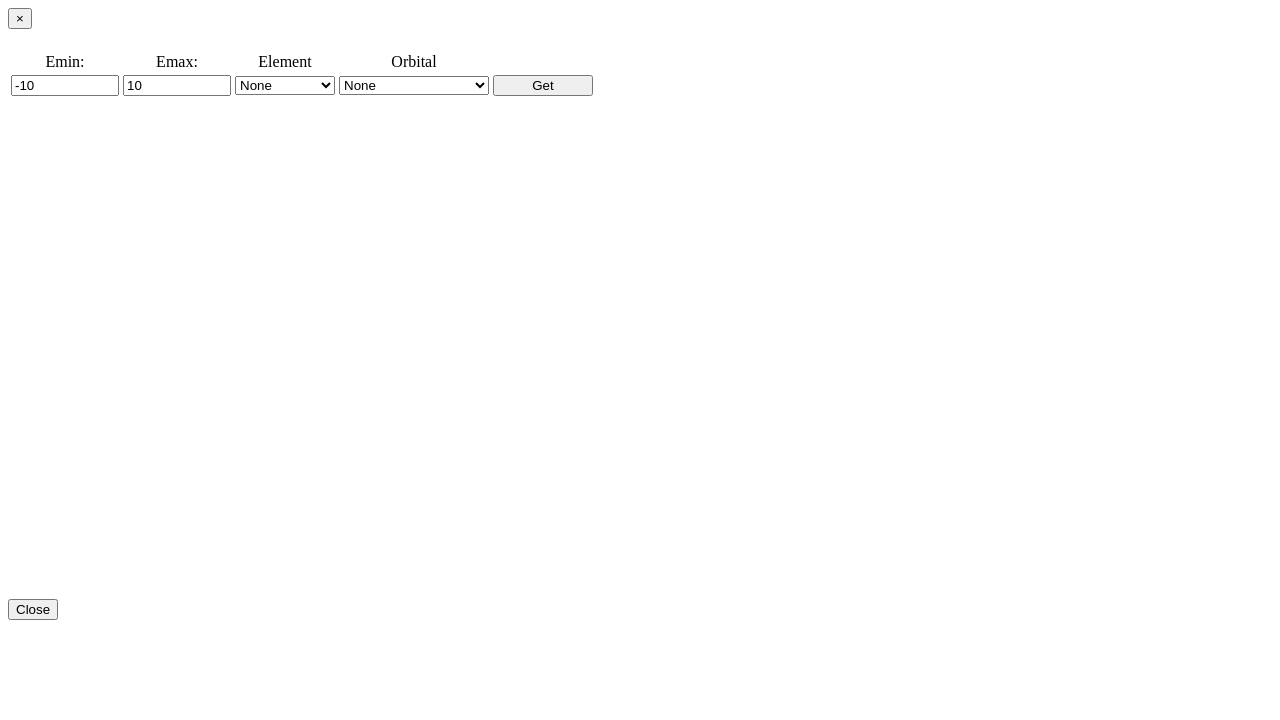
Repository: atowfiq/FESD_website-scripts
Page: http://localhost/fesdweb/DosChart.jsp
The author's editor kept a copy of each file at every save. The page is drawn from the files as they stood at one save, then again after the next save.
The browser window is 1280 px wide. The pictures show the whole page.
The page is served by Tomcat 9.

Above is the page before, as saved 2017-07-31 05:01:56.

After the next save:
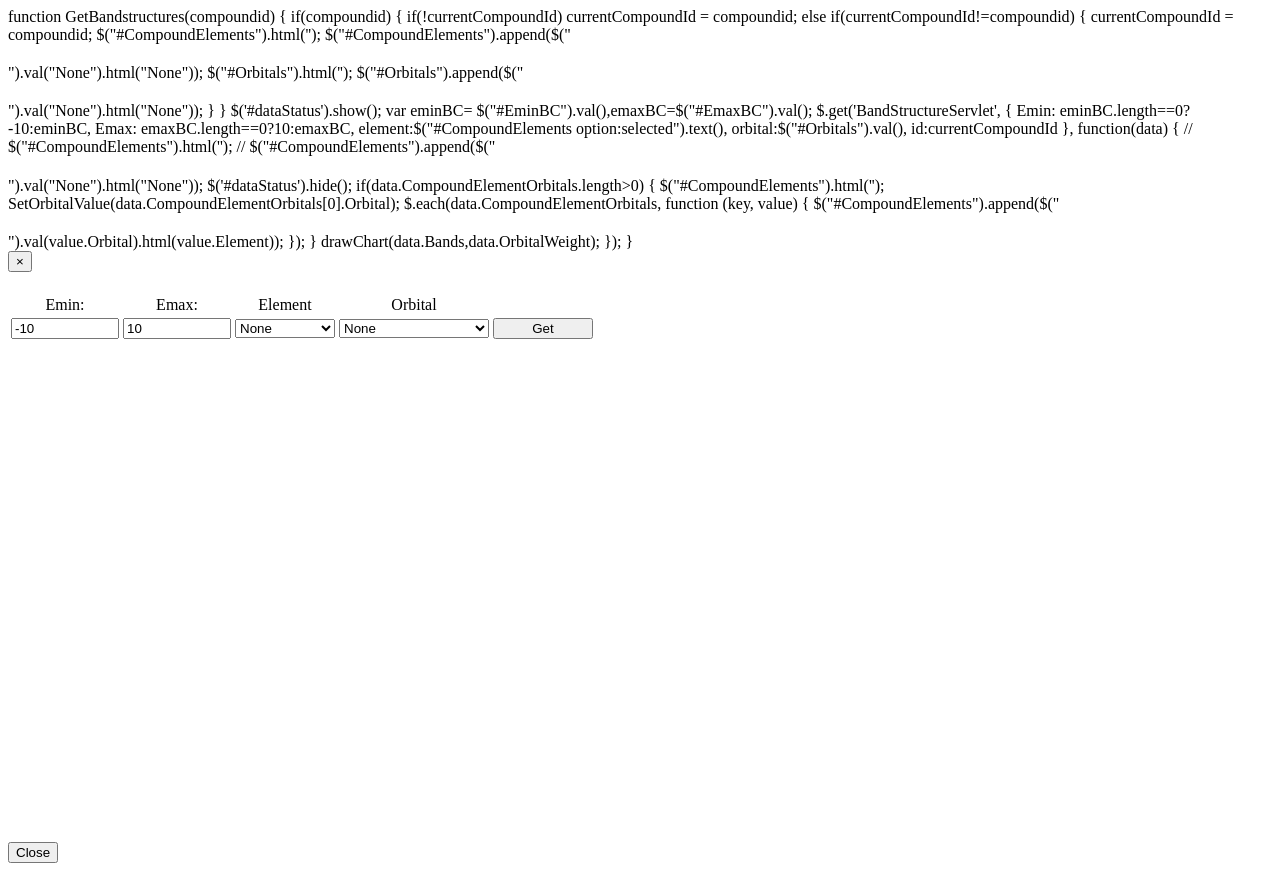
Saved 4 min 19 s later.
--- a/fesdweb/WebContent/DosChart.jsp
+++ b/fesdweb/WebContent/DosChart.jsp
@@ -5,6 +5,58 @@
 <head>
 <meta http-equiv="Content-Type" content="text/html; charset=ISO-8859-1">
 <title>Dos</title>
+
+
+     	function GetBandstructures(compoundid)
+      	{
+      		if(compoundid)
+      		{
+      			if(!currentCompoundId)
+      				currentCompoundId = compoundid;
+      			else if(currentCompoundId!=compoundid)
+      			{
+      				currentCompoundId = compoundid;
+
+      				$("#CompoundElements").html('');
+      				$("#CompoundElements").append($("<option></option>").val("None").html("None"));
+
+      				$("#Orbitals").html('');
+      		        $("#Orbitals").append($("<option></option>").val("None").html("None"));
+
+      			}
+
+      		}
+      		$('#dataStatus').show();
+      		var eminBC= $("#EminBC").val(),emaxBC=$("#EmaxBC").val();
+      		$.get('BandStructureServlet', {
+      			Emin: eminBC.length==0?-10:eminBC,
+      			Emax: emaxBC.length==0?10:emaxBC,
+      			element:$("#CompoundElements option:selected").text(),
+      			orbital:$("#Orbitals").val(),
+      			id:currentCompoundId
+      			 }, function(data) {
+      				// $("#CompoundElements").html('');
+      			//	    $("#CompoundElements").append($("<option></option>").val("None").html("None"));
+      			  	    $('#dataStatus').hide();
+      					if(data.CompoundElementOrbitals.length>0)
+      			  	    {
+      			  	    	$("#CompoundElements").html('');
+
+
+      			  	    	SetOrbitalValue(data.CompoundElementOrbitals[0].Orbital);
+      			  	    	$.each(data.CompoundElementOrbitals, function (key, value) {
+      			  	     	   $("#CompoundElements").append($("<option></option>").val(value.Orbital).html(value.Element));
+      			  	       });
+
+      			  	    }
+      		     	  drawChart(data.Bands,data.OrbitalWeight);
+
+
+      		});
+      	}
+
+
+    </script>
 </head>
 <body>
 

After the save that followed:
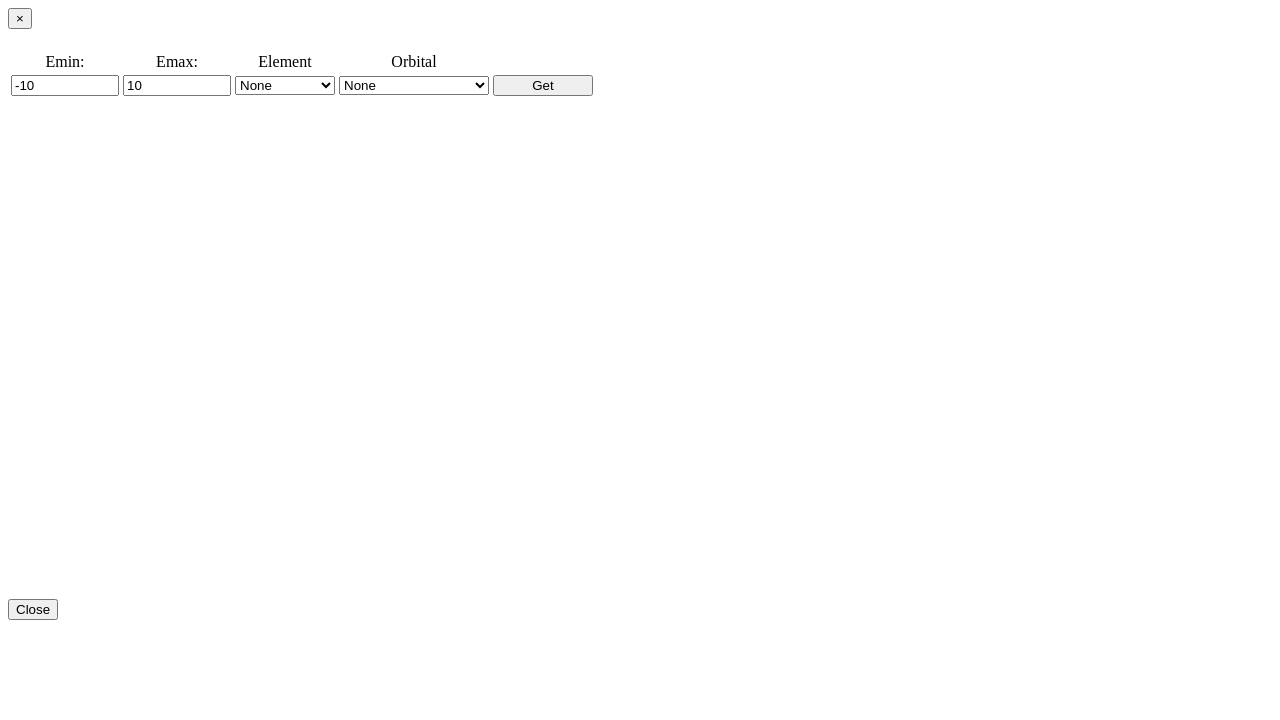
Saved 23 s later.
--- a/fesdweb/WebContent/DosChart.jsp
+++ b/fesdweb/WebContent/DosChart.jsp
@@ -6,8 +6,8 @@
 <meta http-equiv="Content-Type" content="text/html; charset=ISO-8859-1">
 <title>Dos</title>
 
-
-     	function GetBandstructures(compoundid)
+ <script type="text/javascript">
+     	function GetDos(compoundid)
       	{
       		if(compoundid)
       		{
